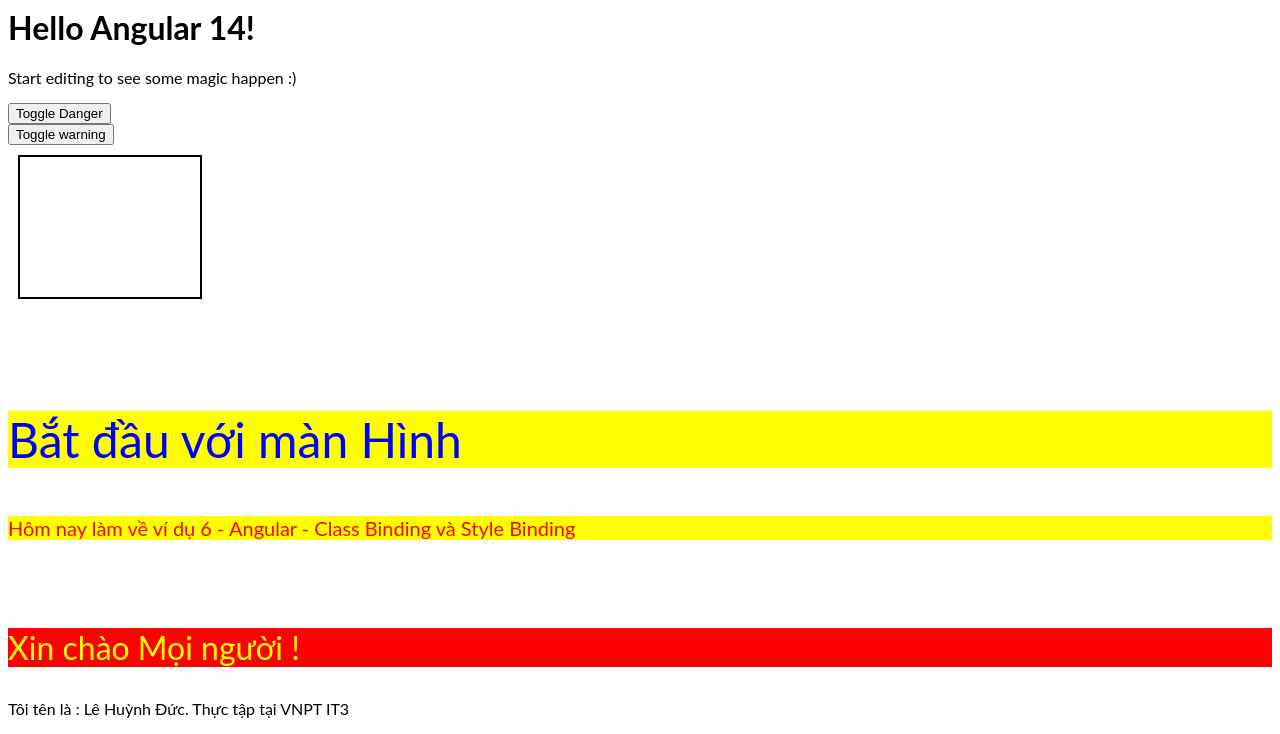
Repository: leduc24/baitap-angular100day
Page: / (app in angular_bai6/)
The author's editor kept a copy of each file at every save. The page is drawn from the files as they stood at one save, then again after the next save.
The browser window is 1280 px wide. The pictures show the whole page.
The project was rebuilt for these pictures with package versions that can differ from the ones it lists, and the page was loaded fresh each time. Also part of the build but not shown: angular_bai6/angular.json.

Above is the page before, as saved 2022-07-03 17:50:28.

### angular_bai6/src/styles.css
/* Add application styles & imports to this file! */
:root{
    --text-color: red
}

### angular_bai6/src/app/app.component.ts
import { Component, VERSION } from '@angular/core';

@Component({
  selector: 'my-app',
  templateUrl: './app.component.html',
  styleUrls: [ './app.component.css' ]
})
export class AppComponent  {
  name = 'Angular ' + VERSION.major;

  isDanger = false;
  isWarning = false;

}

### angular_bai6/src/app/app.component.html
<hello name="{{ name }}"></hello>
<p>
  Start editing to see some magic happen :)
</p>
<!-- Bài 6 : Tìm Hiểu : cả 2 dạng này là dataBinding : Thay đổi hiển thị
        Class Binding
        Style Binding


  <p class = "foo" style = "color: red ">
      Hello! Bài tập Angular_bai6
</p>
-->
<button (click) = "isDanger = !isDanger"> Toggle Danger</button>
<br>
<button (click) = "isWarning = !isWarning "> Toggle warning</button>
<!--

 Dùng array: <div class = "box" [class] = "['red-border','yellow-background']"></div>
 Dùng Object: <div class = "box" [class] = "{'red-border': isDanger, 'yellow-background': isWarning}"></div>
 Dùng classes: <div [class] = "classes" ></div>
 - [class.ten-class]
 - [class] = "array"
 - [class] = "object" {[ten-class: string : boolean]}
 - [class] = "variable"

-->
<div class = "box" [class.red-border] = "isDanger" [class.yellow-background] = "isWarning"></div>
<br> <br> <br>
<!--
  - [style.tenStyle]
  - [style.ten-style]
  - [style.tenStyle.unit]
  - [style.css-variable]

-->
<p [style.--text-color]="isDanger ? 'red' : 'blue' " [style] = "{color: 'var(--text-color)', backgroundColor: 'yellow', fontSize: '3em'}">
  Bắt đầu với màn Hình
</p>
<p [style.color] = "'red'" [style.backgroundColor] = "'yellow'" [style.fontSize.px] = "20">
 Hôm nay làm về ví dụ 6 - Angular - Class Binding và Style Binding
</p>
<br> <br>
<p [style] = "{color: 'yellow', backgroundColor: 'red', fontSize: '2rem' }" >
  Xin chào Mọi người !
</p>
<p style="color:black" >
 Tôi tên là : Lê Huỳnh Đức. Thực tập tại VNPT IT3
</p>

### angular_bai6/src/app/app.component.css
p {
  font-family: Lato;
}

.box {
  width: 100px;
  height: 100px;
  padding: 20px 40px;
  margin: 10px;
  border: 2px solid black;
}

.red-border {
  border: 2px solid red;
}
.yellow-background {
  background: yellow;
}

Loaded but not shown: angular_bai6/src/index.html (common file); angular_bai6/src/main.ts (common file); angular_bai6/src/polyfills.ts (common file); angular_bai6/src/app/app.module.ts (common file); angular_bai6/src/app/hello.component.ts (common file)

After the next save:
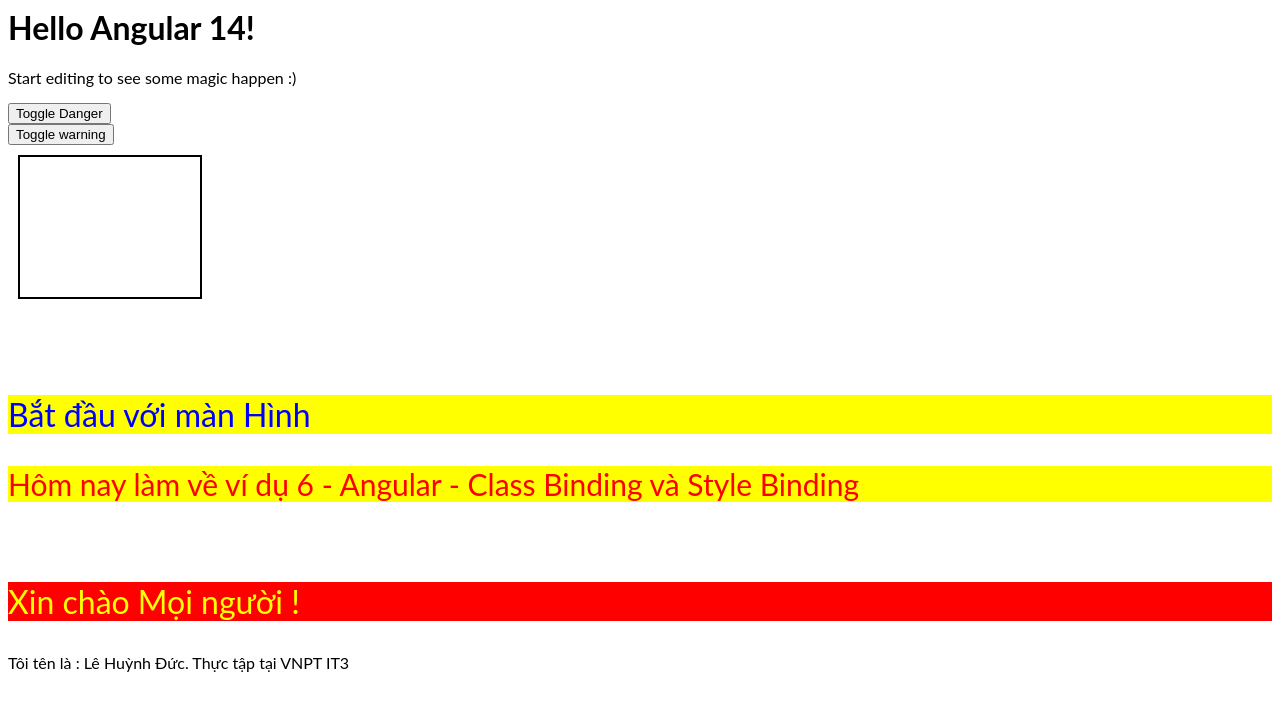
Saved 53 s later.
--- a/angular_bai6/src/app/app.component.html
+++ b/angular_bai6/src/app/app.component.html
@@ -34,13 +34,14 @@
   - [style.css-variable]
 
 -->
-<p [style.--text-color]="isDanger ? 'red' : 'blue' " [style] = "{color: 'var(--text-color)', backgroundColor: 'yellow', fontSize: '3em'}">
+<p [style.--text-color]="isDanger ? 'red' : 'blue' "
+ [style] = "{color: 'var(--text-color)', backgroundColor: 'yellow', fontSize: '2em'}">
   Bắt đầu với màn Hình
 </p>
-<p [style.color] = "'red'" [style.backgroundColor] = "'yellow'" [style.fontSize.px] = "20">
+<p [style.color] = "'red'" [style.backgroundColor] = "'yellow'" [style.fontSize.px] = "30">
  Hôm nay làm về ví dụ 6 - Angular - Class Binding và Style Binding
 </p>
-<br> <br>
+<br>
 <p [style] = "{color: 'yellow', backgroundColor: 'red', fontSize: '2rem' }" >
   Xin chào Mọi người !
 </p>
